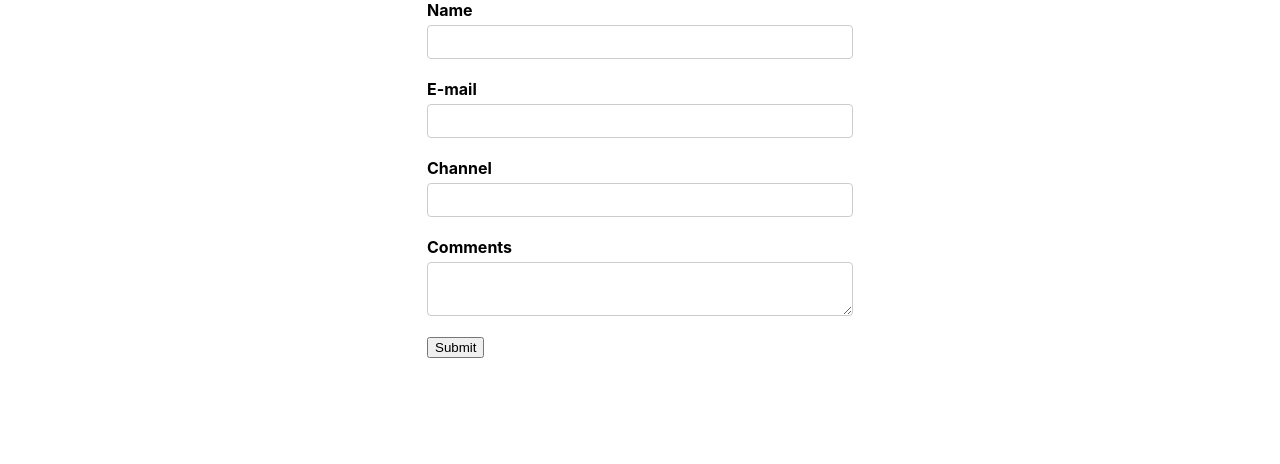
Repository: taivuong95/react-formik
Page: / (app in react-formik-demo/)
An editor plug-in stored every save of this project. The page is shown before and after the next save, followed by the edit.
The browser window is 1280 px wide. The pictures show the whole page.
The project was rebuilt for these pictures with package versions that can differ from the ones it lists, and the page was loaded fresh each time.

Above is the page before, as saved 2021-01-18 06:58:37.

After the next save:
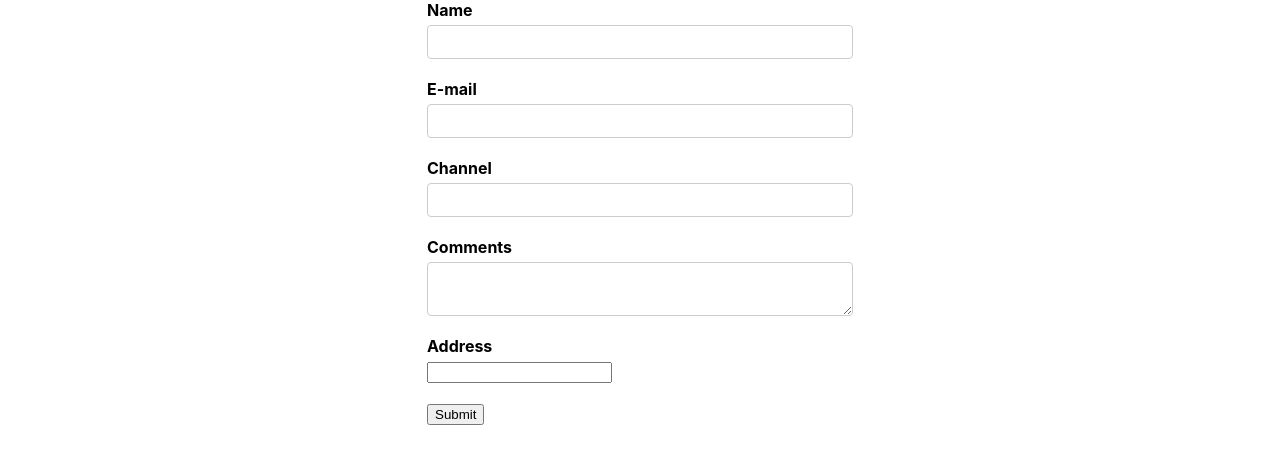
Saved 2 min 52 s later.
--- a/react-formik-demo/src/components/YoutubeForm.js
+++ b/react-formik-demo/src/components/YoutubeForm.js
@@ -6,7 +6,8 @@ const initialValues = {
   name: "",
   email: "",
   channel: "",
-  comments:""
+  comments: "",
+  address: "",
 };
 
 const onSubmit = (values) => {
@@ -48,6 +49,16 @@ function YoutubeForm(props) {
           <Field as="textarea"  id='comments' name='comments' />
         </div>
 
+        <div className='form-control'>
+        <label htmlFor='address'>Address</label>
+          <Field name='address' >
+            {(props) => {
+              console.log('Render props', props);
+              return <input id='address'/>
+            }}
+          </Field>
+        </div>
+
         <button type='submit'>Submit</button>
       </Form>
     </Formik>
